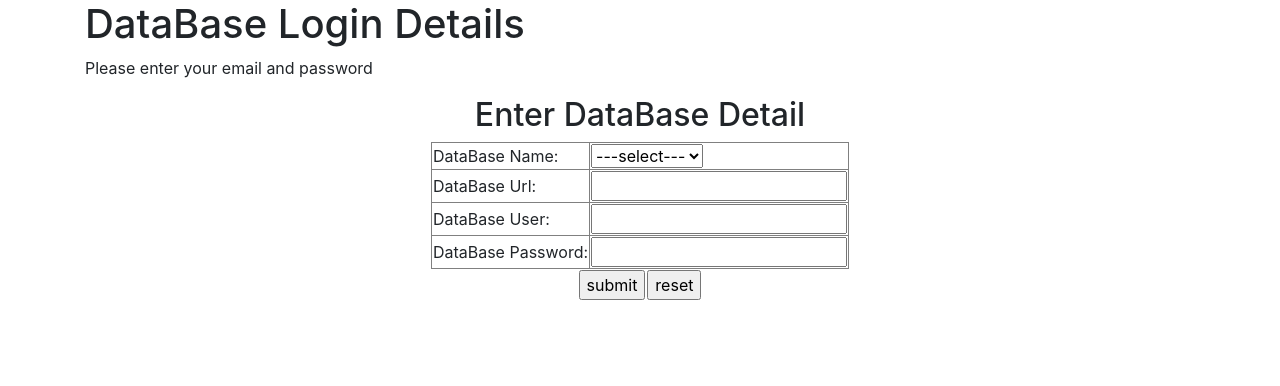
Repository: manish1905/MetaData_Details
Page: http://localhost/MetaData_Details/dbDetails
These files come from the project's save history. The page is drawn as it stood at one moment and after the next save; the edit follows.
The browser window is 1280 px wide. The pictures show the whole page.
Some web libraries are served in a nearby version. The page is served by Tomcat 9. Other server files are loaded and not shown.

Above is the page before, as saved 2019-01-04 05:52:49.
Console error: TypeError: Cannot read properties of undefined (reading 'fn')

### MetaData_Details/web/WEB-INF/jsps/dbDetail.jsp
<%@ page language="java" contentType="text/html; charset=ISO-8859-1"
    pageEncoding="ISO-8859-1"%>
    <%@ taglib prefix="form" uri="http://www.springframework.org/tags/form"%>

<!DOCTYPE html PUBLIC "-//W3C//DTD HTML 4.01 Transitional//EN" "http://www.w3.org/TR/html4/loose.dtd">
<html>
<head>
<meta charset="ISO-8859-1">
<link href="//maxcdn.bootstrapcdn.com/bootstrap/4.1.1/css/bootstrap.min.css" rel="stylesheet" id="bootstrap-css">
<script src="//maxcdn.bootstrapcdn.com/bootstrap/4.1.1/js/bootstrap.min.js"></script>
<script src="//cdnjs.cloudflare.com/ajax/libs/jquery/3.2.1/jquery.min.js"></script>

<script  type="text/javascript">
	function inputField()
	{
		 var selectItem=document.getElementById("dbName").value;
		if(selectItem=='OracleDB')
		{
			document.getElementById("url").value='jdbc:oracle:thin:@';
		}
		 if(selectItem=='SQL')
			{
			document.getElementById("url").value='jdbc:mysql://';
			}
		if(selectItem=='DB2')
			{
			document.getElementById("url").value='jdbc:db2:';
			}
			if(selectItem=='Sybase')
				{
				document.getElementById("url").value='jdbc:sybase:Tds:';
				}
	}

</script>
</head>


<body id="dbForm">
<div class="container">
<h1 class="form-heading">DataBase Login Details</h1>
<div class="login-form">
<div class="main-div">
<div class="panel">
   <h2></h2>
   <p>Please enter your email and password</p>
   </div>



</div>
</div>
</div>

	<form:form method="POST" action="dbDetailSuccess" modelAttribute="dataBaseBean">
	<h2 align="center">Enter DataBase Detail</h2>
	<table align="center" border="1">
	<tr>
	<td>DataBase Name:</td>
	<td><form:select path="dbName" onchange="javascript:inputField()" id="dbName">
	<form:option value="None" label="---select---"/>
	<form:option value="OracleDB" label="OracleDB"/>
	<form:option value="SQL" label="SQL"/>
	<form:option value="DB2" label="DB2"/>
	<form:option value="Sybase" label="Sybase"/>
	</form:select></td>
	</tr>
	<tr>
	<td>DataBase Url:</td>
	<td><form:input name="url" path="url" id="url"/></td>
	</tr>
	<tr>
	<td>DataBase User:</td>
	<td><form:input name="user" path="user"/></td>
	</tr>
	<tr>
	<td>DataBase Password:</td>
	<td><form:password name="password" path=""/></td>
	</tr>

	</table>
	<table align="center">
	<tr>
	<td><input type="submit" value="submit"/></td>
	<td><input type="reset" value="reset"/></td>
	</tr>
	</table>
	</form:form>
</body>
</html>

After the next save:
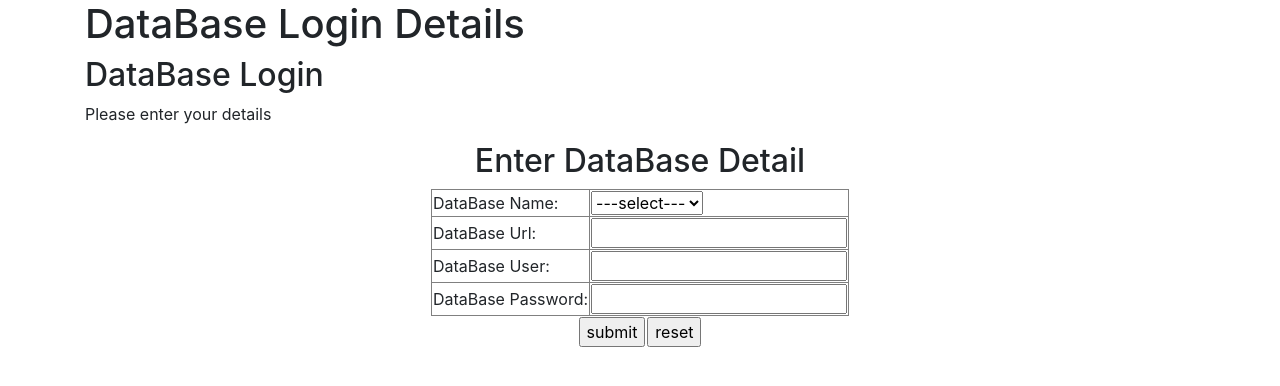
Saved 97 s later.
--- a/MetaData_Details/web/WEB-INF/jsps/dbDetail.jsp
+++ b/MetaData_Details/web/WEB-INF/jsps/dbDetail.jsp
@@ -42,8 +42,8 @@
 <div class="login-form">
 <div class="main-div">
 <div class="panel">
-   <h2></h2>
-   <p>Please enter your email and password</p>
+   <h2>DataBase Login</h2>
+   <p>Please enter your details</p>
    </div>
 
 
